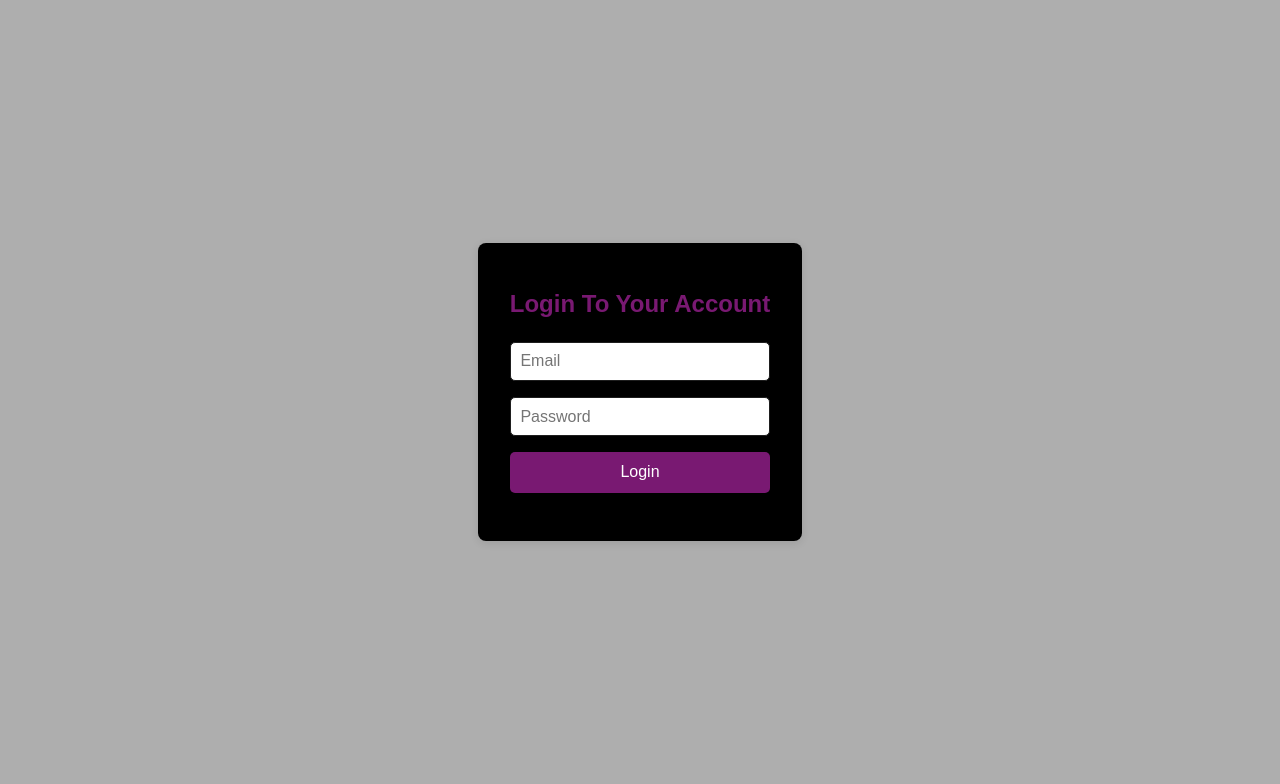
Repository: revathithiruvasagan/cuic26
Page: / (app in testapp/)
An editor plug-in stored every save of this project. The page is shown before and after the next save, followed by the edit.
The browser window is 1280 px wide. The pictures show the whole page.
The project was rebuilt for these pictures with package versions that can differ from the ones it lists, and the page was loaded fresh each time. Also part of the build but not shown: testapp/vite.config.js.

Above is the page before, as saved 2025-05-30 20:57:22.

### testapp/src/App.jsx
import { useState } from 'react';
import Login from './components/Login';
import './App.css';

function App() {
  const [user, setUser] = useState(null);

  const handleLoginSuccess = (userData) => {
    setUser(userData);
  };

  const handleLogout = () => {
    setUser(null);
  };

  return (
    <div className="App">
      {!user ? (
        <Login onLoginSuccess={handleLoginSuccess} />
      ) : (
        <div className="dashboard">
          <div className="dashboard-header">
            <h1>Welcome, {user.name || user.email}!</h1>
            <button onClick={handleLogout} className="logout-btn">
              Logout
            </button>
          </div>
          <div className="dashboard-content">
            <div className="user-info">
              <h2>User Information</h2>
              <p><strong>Email:</strong> {user.email}</p>
              <p><strong>User ID:</strong> {user.id}</p>
              <p><strong>Login Time:</strong> {new Date().toLocaleString()}</p>
            </div>
            <div className="login-data">
              <h2>Console Output</h2>
              <p>Check the browser console to see the JSON login data that was logged.</p>
              <code>
                {JSON.stringify(user, null, 2)}
              </code>
            </div>
          </div>
        </div>
      )}
    </div>
  );
}

export default App;

### testapp/src/components/Login.jsx
import { useState } from "react";
import { loginUser, validateEmail } from "../utils/auth";
import "../styles/Login.css";

const Login = () => {
  const [formData, setFormData] = useState({
    email: "",
    password: "",
  });
  const [errors, setErrors] = useState({});
  const [message, setMessage] = useState(null);
  const [loading, setLoading] = useState(false);

  const handleChange = (e) => {
    const { name, value } = e.target;
    setFormData((prev) => ({
      ...prev,
      [name]: value,
    }));

    if (errors[name]) {
      setErrors((prev) => ({
        ...prev,
        [name]: "",
      }));
    }
  };

  const handleBlur = (e) => {
    const { name, value } = e.target;

    if (name === "email" && value && !validateEmail(value)) {
      setErrors((prev) => ({
        ...prev,
        email: "Please enter a valid email address",
      }));
    }
  };

  const handleSubmit = async (e) => {
    e.preventDefault();

    setErrors({});
    setMessage(null);

    // Validation
    const newErrors = {};

    if (!formData.email) {
      newErrors.email = "Email is required";
    } else if (!validateEmail(formData.email)) {
      newErrors.email = "Please enter a valid email address";
    }

    if (!formData.password) {
      newErrors.password = "Password is required";
    } else if (formData.password.length < 6) {
      newErrors.password = "Password must be at least 6 characters";
    }

    if (Object.keys(newErrors).length > 0) {
      setErrors(newErrors);
      return;
    }

    setLoading(true);

    try {
      const result = await loginUser(formData);

      if (result.success) {
        setMessage({ type: "success", text: result.message });

        setFormData({ email: "", password: "" });
      } else {
        setMessage({ type: "error", text: result.message });
      }
    } catch (error) {
      console.error("Login error:", error);
      setMessage({ type: "error", text: "An error occurred during login" });
    } finally {
      setLoading(false);
    }
  };

  return (
    <div className="login-page">
      <div className="login-container">
        <form onSubmit={handleSubmit} noValidate>
          {message && (
            <div className={`alert ${message.type}`}>
              <p>{message.text}</p>
            </div>
          )}

          <h1 className="login-title">Login To Your Account</h1>

          <div className="form-group">
            <input
              type="email"
              name="email"
              value={formData.email}
              onChange={handleChange}
              onBlur={handleBlur}
              className={`form-control ${errors.email ? "error" : ""}`}
              placeholder="Email"
              required
            />
            {errors.email && (
              <div
                className="alert error"
                style={{ marginTop: "0.5rem", marginBottom: 0 }}
              >
                {errors.email}
              </div>
            )}
          </div>

          <div className="form-group">
            <input
              type="password"
              name="password"
              value={formData.password}
              onChange={handleChange}
              className={`form-control ${errors.password ? "error" : ""}`}
              placeholder="Password"
              required
            />
            {errors.password && (
              <div
                className="alert error"
                style={{ marginTop: "0.5rem", marginBottom: 0 }}
              >
                {errors.password}
              </div>
            )}
          </div>

          <div className="form-group">
            <button type="submit" className="login-btn" disabled={loading}>
              {loading && <span className="spinner"></span>}
              {loading ? "Signing In..." : "Login"}
            </button>
          </div>
        </form>
      </div>
    </div>
  );
};

export default Login;

### testapp/src/utils/auth.js
// Authentication utility functions
export const validateEmail = (email) => {
  const emailRegex = /^[^\s@]+@[^\s@]+\.[^\s@]+$/;
  return emailRegex.test(email);
};


export const validatePassword = (password) => {
  if (!password) {
    return { isValid: false, message: 'Password is required' };
  }

  if (password.length < 6) {
    return { isValid: false, message: 'Password must be at least 6 characters' };
  }

  if (password.length < 8) {
    return { isValid: true, message: 'Password strength: Weak' };
  }

  const hasUpperCase = /[A-Z]/.test(password);
  const hasLowerCase = /[a-z]/.test(password);
  const hasNumbers = /\d/.test(password);
  const hasSpecialChar = /[!@#$%^&*(),.?":{}|<>]/.test(password);

  const strengthCount = [hasUpperCase, hasLowerCase, hasNumbers, hasSpecialChar].filter(Boolean).length;

  if (strengthCount >= 3) {
    return { isValid: true, message: 'Password strength: Strong' };
  } else if (strengthCount >= 2) {
    return { isValid: true, message: 'Password strength: Medium' };
  } else {
    return { isValid: true, message: 'Password strength: Weak' };
  }
};


export const loginUser = async (credentials) => {

  await new Promise(resolve => setTimeout(resolve, 500));

  //Console log
  console.log('Login Data:', JSON.stringify(credentials, null, 2));

  return {
    success: true,
    message: 'Login data logged to console successfully!'
  };
};

//Log data
export const formatUserData = (user) => {
  const formatted = {
    email: user.email,
    loginTime: new Date().toISOString()
  };


  console.log('Formatted user data:', JSON.stringify(formatted, null, 2));

  return formatted;
};


export const setUserSession = (userData) => {
  console.log('User session data:', JSON.stringify(userData, null, 2));
};


export const clearUserSession = () => {
  console.log('User session cleared at:', new Date().toISOString());
};


export const getUserSession = () => {
  console.log('Getting user session - none stored');
  return null;
};

### testapp/src/styles/Login.css
body {
  margin: 0;
  padding: 0;
  background-color: #aeaeae;
  font-family: sans-serif;
}

.login-page {
  display: flex;
  justify-content: center;
  align-items: center;
  height: 100vh;
}

.login-container {
  background-color: rgb(0, 0, 0);
  padding: 2rem;
  border-radius: 8px;
  width: 100%;
  max-width: 350px;
  box-shadow: 0 2px 8px rgba(0, 0, 0, 0.1);
}

.login-title {
  text-align: center;
  margin-bottom: 1.5rem;
  font-size: 1.5rem;
  color: #791972;
}

.form-group {
  margin-bottom: 1rem;
}

.form-control {
  width: 100%;
  padding: 0.6rem;
  font-size: 1rem;
  border: 1px solid #1e1e1e;
  border-radius: 5px;
  box-sizing: border-box;
}

.form-control.error {
  border-color: #e74c3c;
}

.alert {
  font-size: 0.9rem;
  padding: 0.5rem;
  border-radius: 4px;
  margin-top: 0.5rem;
  color: #721c24;
  background-color: #f8d7da;
}

.login-btn {
  width: 100%;
  padding: 0.7rem;
  background-color: #791972;
  color: white;
  border: none;
  border-radius: 5px;
  cursor: pointer;
}

.login-btn:hover {
  background-color: #333;
}

Loaded but not shown: testapp/index.html (common file); testapp/src/main.jsx (common file); testapp/src/index.css (common file); testapp/src/App.css (common file)

After the next save:
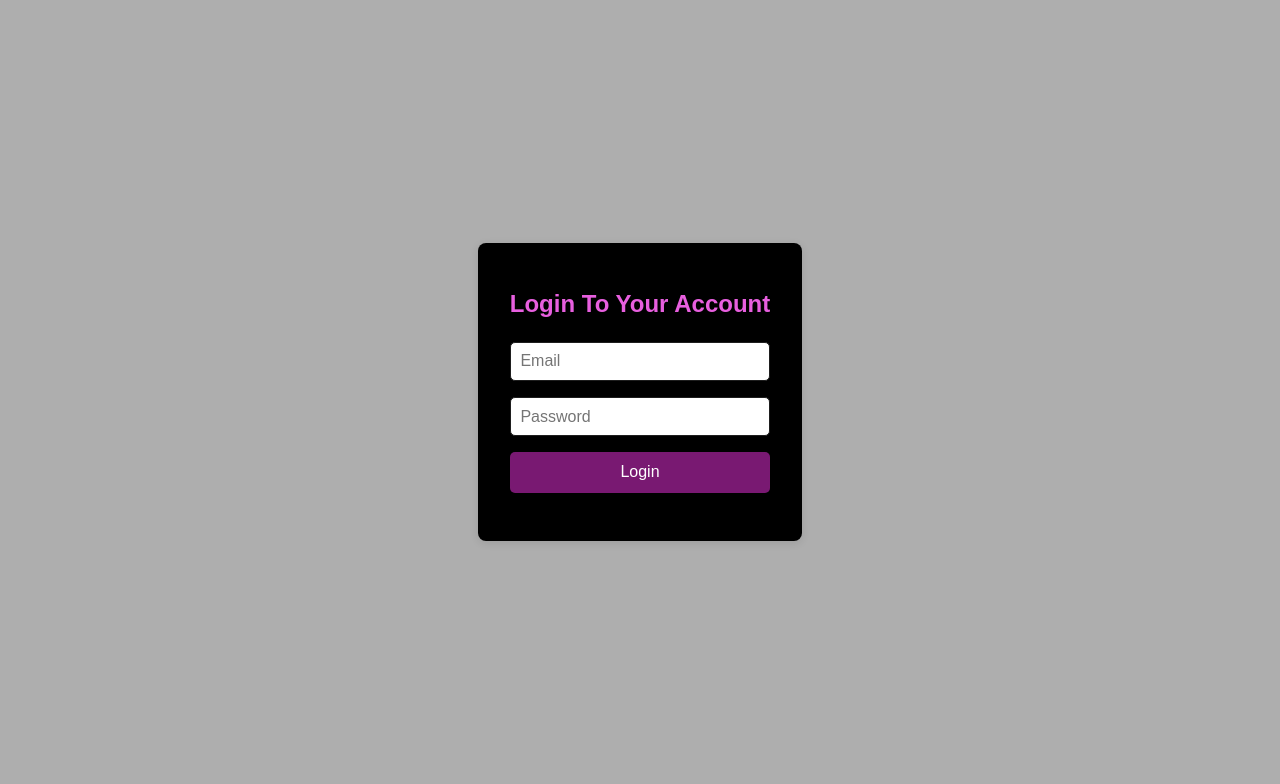
Saved 7 s later.
--- a/testapp/src/styles/Login.css
+++ b/testapp/src/styles/Login.css
@@ -25,7 +25,7 @@ body {
   text-align: center;
   margin-bottom: 1.5rem;
   font-size: 1.5rem;
-  color: #791972;
+  color: #e85fdf;
 }
 
 .form-group {
